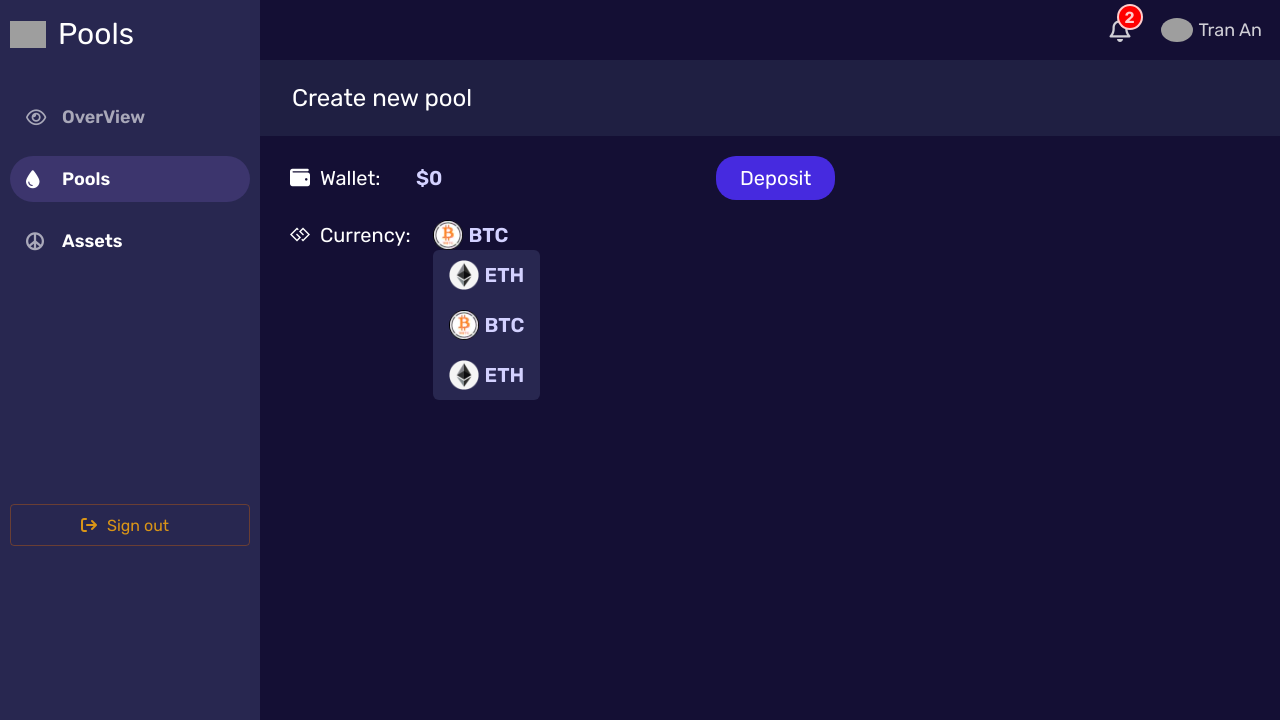
Repository: quynh232000/pools
Page: pool/create-pool.html
These files come from the project's save history. The page is drawn as it stood at one moment and after the next save; the edit follows.
The browser window is 1280 px wide. The pictures show the whole page.
Pictures or frames that could not be fetched are drawn as grey boxes.

Above is the page before, as saved 2023-07-14 00:39:42.

After the next save:
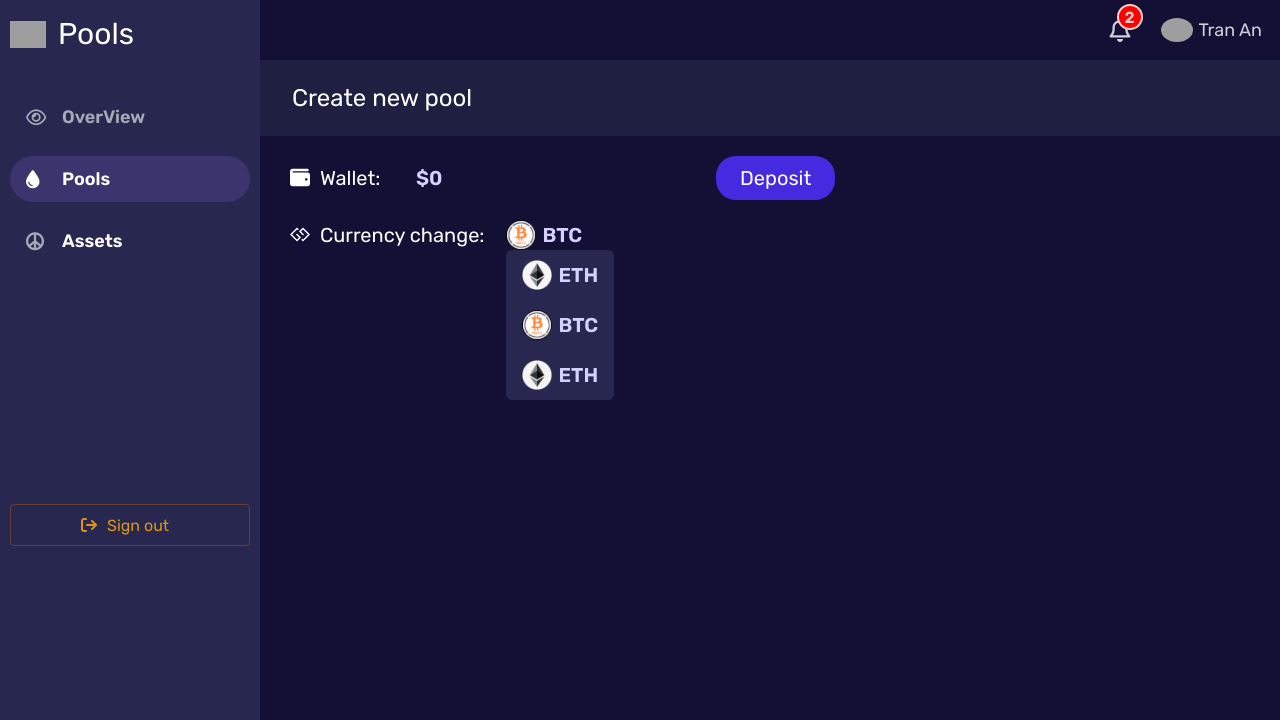
Saved 17 s later.
--- a/pool/create-pool.html
+++ b/pool/create-pool.html
@@ -71,7 +71,7 @@
           </div>
           <div class="create-item">
             <i class="fa-brands fa-gg"></i>
-            <div class="create-item-title">Currency:</div>
+            <div class="create-item-title">Currency change:</div>
             <div class="create-select-type-money">
               <div class="type-money-item">
                 <img src="../src/img/btc.png" alt="" />
